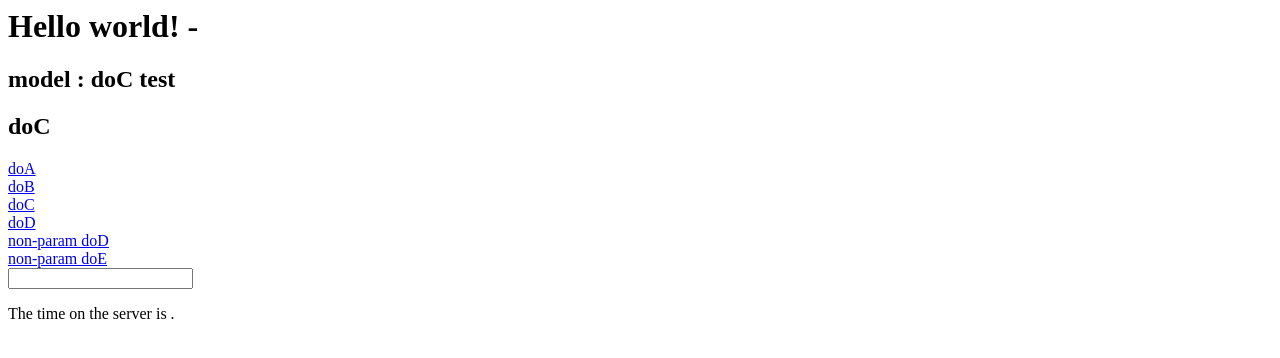
Repository: m1njunK/workspace-spring
Page: http://localhost/mvc_part01_controller/doC
An editor plug-in stored every save of this project. The page is shown before and after a run of saves, followed by the edit.
The browser window is 1280 px wide. The pictures show the whole page.
The page is served by Tomcat 9. The template is opened directly, without the code that normally fills it, so the values that code supplies are empty.

Above is the page before, as saved 2023-07-24 06:43:13.

After the next 2 saves:
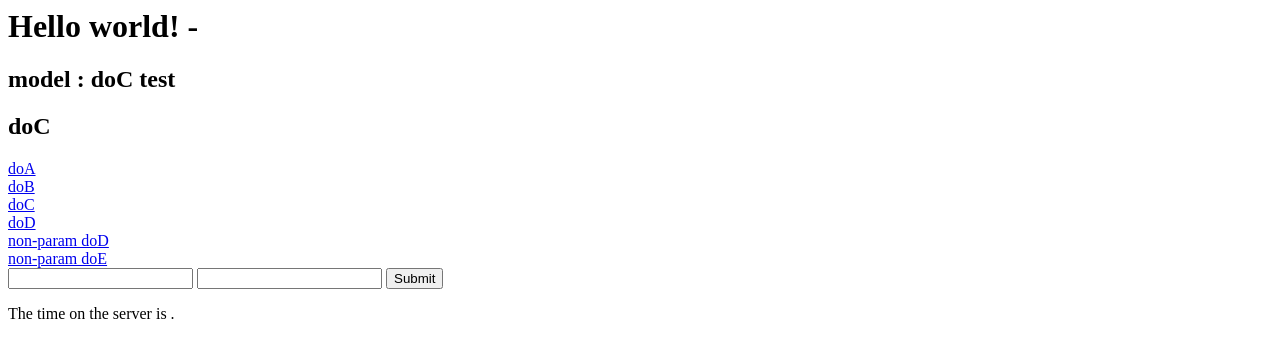
The 2 saves are shown as one change because they came seconds apart.
The last was saved 31 s later.
--- a/mvc_part01_controller/src/main/webapp/WEB-INF/views/home.jsp
+++ b/mvc_part01_controller/src/main/webapp/WEB-INF/views/home.jsp
@@ -22,6 +22,8 @@
 <a href="doE">non-param doE</a> <br/>
 <form action="doF" method="POST">
 	<input type="text" name="msg" required/>
+	<input type="number" name="age" required/>
+	<input type="submit" name="doF POST"/>
 </form>
 <P>  The time on the server is ${serverTime}. </P>
 </body>
